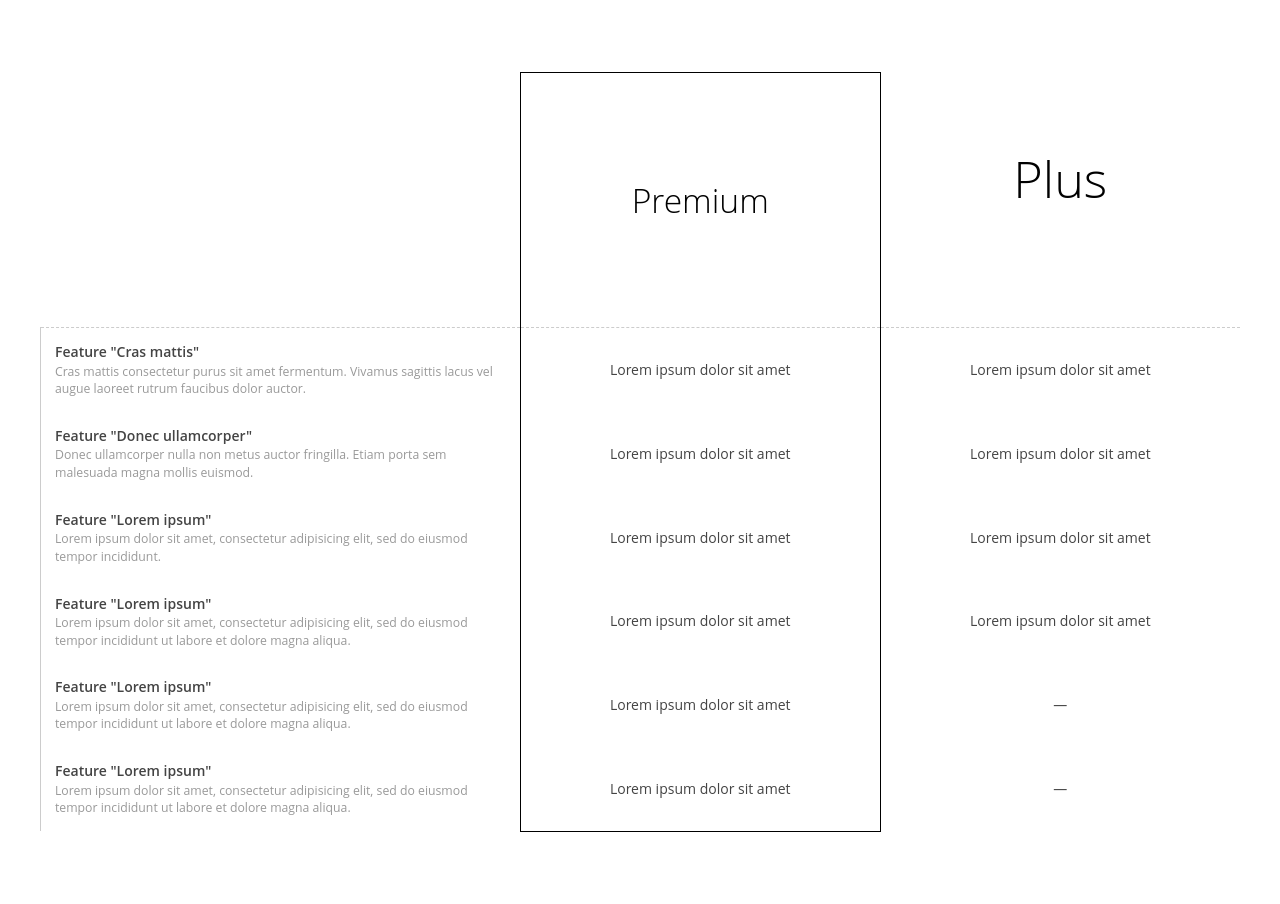
Repository: darlino/gotyu_shopify_section
Page: gotyu_table210223/index.html
An editor plug-in stored every save of this project. The page is shown before and after the next save, followed by the edit.
The browser window is 1280 px wide. The pictures show the whole page.

Above is the page before, as saved 2023-02-21 12:47:51.

### gotyu_table210223/index.html
<!DOCTYPE html>
<html lang="en">
  <head>
    <meta charset="UTF-8" />
    <meta http-equiv="X-UA-Compatible" content="IE=edge" />
    <meta name="viewport" content="width=device-width, initial-scale=1.0" />
    <title>Document</title>
    <link rel="stylesheet" href="style.css" />
    <link rel="preconnect" href="https://fonts.googleapis.com" />
    <link rel="preconnect" href="https://fonts.gstatic.com" crossorigin />
    <link
      href="https://fonts.googleapis.com/css2?family=Montserrat&display=swap"
      rel="stylesheet"
    />
  </head>
  <body>
    <table>
      <colgroup></colgroup>
      <colgroup></colgroup>
      <colgroup></colgroup>

      <thead>
        <tr>
          <th>&nbsp;</th>
          <th>
            <h2>Premium</h2>
          </th>
          <th>
            <h2>Plus</h2>
          </th>
        </tr>
      </thead>

      <tbody>
        <tr>
          <th>
            Feature "Cras mattis"
            <span
              >Cras mattis consectetur purus sit amet fermentum. Vivamus
              sagittis lacus vel augue laoreet rutrum faucibus dolor
              auctor.</span
            >
          </th>
          <td>Lorem ipsum dolor sit amet</td>
          <td>Lorem ipsum dolor sit amet</td>
        </tr>
        <tr>
          <th>
            Feature "Donec ullamcorper"
            <span
              >Donec ullamcorper nulla non metus auctor fringilla. Etiam porta
              sem malesuada magna mollis euismod.</span
            >
          </th>
          <td>Lorem ipsum dolor sit amet</td>
          <td>Lorem ipsum dolor sit amet</td>
        </tr>
        <tr>
          <th>
            Feature "Lorem ipsum"
            <span
              >Lorem ipsum dolor sit amet, consectetur adipisicing elit, sed do
              eiusmod tempor incididunt.</span
            >
          </th>
          <td>Lorem ipsum dolor sit amet</td>
          <td>Lorem ipsum dolor sit amet</td>
        </tr>
        <tr>
          <th>
            Feature "Lorem ipsum"
            <span
              >Lorem ipsum dolor sit amet, consectetur adipisicing elit, sed do
              eiusmod tempor incididunt ut labore et dolore magna aliqua.</span
            >
          </th>
          <td>Lorem ipsum dolor sit amet</td>
          <td>Lorem ipsum dolor sit amet</td>
        </tr>
        <tr>
          <th>
            Feature "Lorem ipsum"
            <span
              >Lorem ipsum dolor sit amet, consectetur adipisicing elit, sed do
              eiusmod tempor incididunt ut labore et dolore magna aliqua.</span
            >
          </th>
          <td>Lorem ipsum dolor sit amet</td>
          <td>&mdash;</td>
        </tr>
        <tr>
          <th>
            Feature "Lorem ipsum"
            <span
              >Lorem ipsum dolor sit amet, consectetur adipisicing elit, sed do
              eiusmod tempor incididunt ut labore et dolore magna aliqua.</span
            >
          </th>
          <td>Lorem ipsum dolor sit amet</td>
          <td>&mdash;</td>
        </tr>
      </tbody>
    </table>
  </body>
</html>

### gotyu_table210223/style.css
body {
  background: #fff;
  font: 400 1em/1.4 "Open Sans", "Helvetica Neue", sans-serif;
  color: #333;
  text-align: center;
  padding: 4em 2em;
}

table {
  width: 100%;
  text-align: left;
  border-spacing: 0;
  border-collapse: collapse;
  -webkit-box-sizing: border-box;
  -moz-box-sizing: border-box;
  box-sizing: border-box;
  border: none;
}

th,
td {
  font-family: inherit;
  font-size: 0.875em;
  line-height: 1.45;
  color: #444;
  vertical-align: middle;
  padding: 1em;
}
th {
  font-weight: 600;
}

colgroup:nth-child(1) {
  width: 40%;
  border: 0 none;
}
colgroup:nth-child(3) {
  width: 30%;
}
colgroup:nth-child(2) {
  width: 30%;
  border: 1px solid #000;
  border-radius: 50%;
}

/* Tablehead */

thead th {
  text-align: center;
  position: relative;
  border-bottom: 1px dashed #ccc;
  padding: 10px 0px 10px;
  color: #999;
}
thead th:nth-child(1) {
  background: transparent;
}
thead th:nth-child(3) {
  padding: 2em 0 5em;
}
thead th h2 {
  font-weight: 300;
  font-size: 2.4em;
  color: #000;
}
thead th h2 + p {
  font-size: 1.25em;
  line-height: 1.4;
}
thead th:nth-child(3) h2 {
  font-size: 3.6em;
}
thead th:nth-child(3) h2 + p {
  font-size: 1.5em;
}

thead th p.promo {
  font-size: 1em;
  color: #fff;
  position: absolute;
  top: 9em;
  left: -17px;
  z-index: 1000;
  width: 100%;
  margin: 0;
  padding: 0.625em 17px 0.75em;
  background: #c00;
  box-shadow: 0 2px 4px rgba(0, 0, 0, 0.25);
  border-bottom: 1px solid #900;
}

thead th p.promo:before {
  content: "";
  position: absolute;
  display: block;
  width: 0px;
  height: 0px;
  border-style: solid;
  border-width: 0 7px 7px 0;
  border-color: transparent #900 transparent transparent;
  bottom: -7px;
  left: 0;
}
thead th p.promo:after {
  content: "";
  position: absolute;
  display: block;
  width: 0px;
  height: 0px;
  border-style: solid;
  border-width: 7px 7px 0 0;
  border-color: #900 transparent transparent transparent;
  bottom: -7px;
  right: 0;
}

/* Tablebody */

tbody th {
  background: #fff;
  border-left: 1px solid #ccc;
}
tbody th span {
  font-weight: normal;
  font-size: 87.5%;
  color: #999;
  display: block;
}

tbody td {
  background: #fff;
  text-align: center;
  border: none;
}

tbody tr:last-child td {
  border-bottom: 0 none;
}

/* Tablefooter */

After the next save:
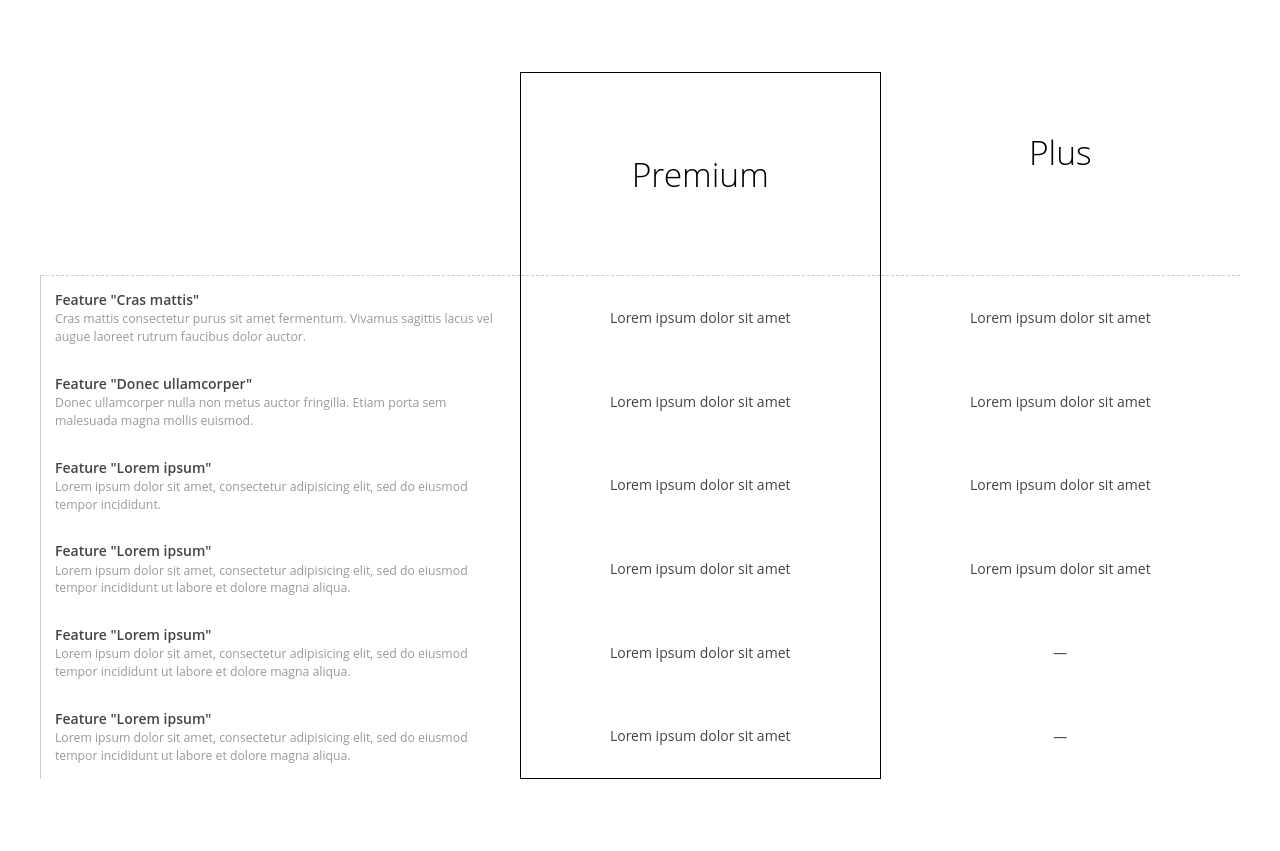
Saved 20 s later.
--- a/gotyu_table210223/style.css
+++ b/gotyu_table210223/style.css
@@ -67,12 +67,6 @@ thead th h2 + p {
   font-size: 1.25em;
   line-height: 1.4;
 }
-thead th:nth-child(3) h2 {
-  font-size: 3.6em;
-}
-thead th:nth-child(3) h2 + p {
-  font-size: 1.5em;
-}
 
 thead th p.promo {
   font-size: 1em;
